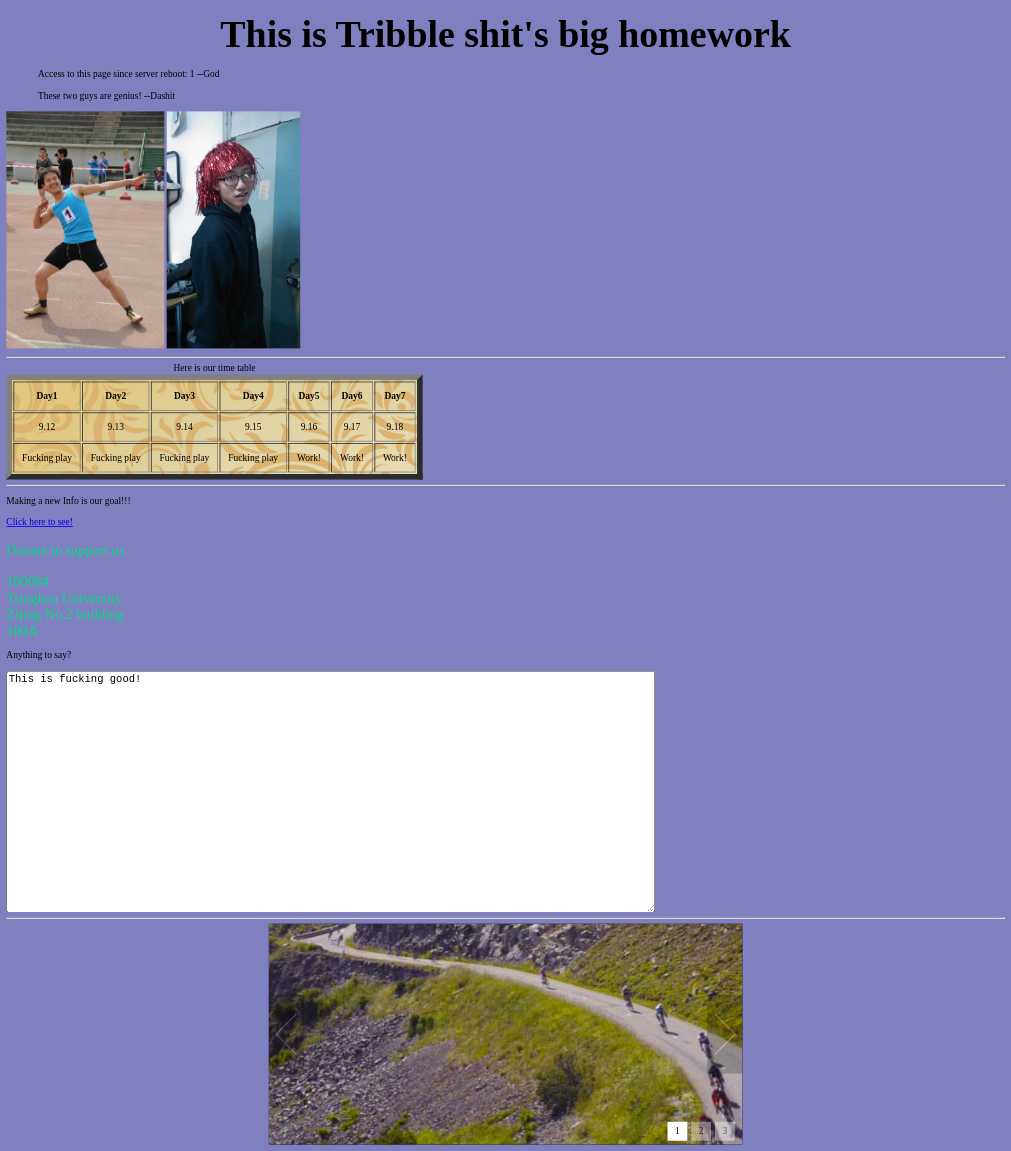
Repository: hbisheng/Academic-portal-website
Page: http://localhost/NewInfo/author.jsp
The author's editor kept a copy of each file at every save. The page is drawn from the files as they stood at one save, then again after a run of saves.
The browser window is 1280 px wide. The pictures show the whole page, at 79% of full size.
The page is served by Tomcat 9. Other server files are loaded and not shown.

Above is the page before, as saved 2014-09-14 09:04:36.

### Java_info/NewInfo/WebContent/author.jsp
<%@ page language="java" contentType="text/html; charset=utf-8"
    pageEncoding="utf-8" import = "java.util.*" %>
<!DOCTYPE html PUBLIC "-//W3C//DTD HTML 4.01 Transitional//EN" "http://www.w3.org/TR/html4/loose.dtd">
<html>
<head><meta http-equiv="Content-Type" content="text/html; charset=utf-8">
<title>This is a learning page</title>

<style>
/* 以下特效CSS */
body {font-size:12px;}
ul,li {list-style:none; margin:0px; padding:0px;}
img {border:0;}
#n{margin:10px auto; width:920px; border:1px solid #CCC;font-size:12px; line-height:30px;}
#n a{ padding:0 4px; color:#333}
.focus {width:600px; height:280px; margin:0 auto; overflow:hidden; position:relative;}
.focus ul {height:380px; position:absolute;}
.focus ul li {float:left; width:600px; height:280px; overflow:hidden; position:relative; background:#000;}
.focus ul li div {position:absolute; overflow:hidden;}
.focus .btnBg {position:absolute; width:600px; height:20px; left:0; bottom:0; background:#000; display:none;}
.focus .btn {position:absolute; width:580px; height:23px; padding:0px 10px 0px 10px; right:0; bottom:6px; text-align:right;}
.focus .btn span {display:inline-block; _display:inline; _zoom:1; width:25px; height:24px; line-height:24px; text-align:center; _font-size:0; margin-left:5px; cursor:pointer; background:#fff;}
.focus .btn span.on {background:#fff;}
.focus .preNext {width:45px; height:100px; position:absolute; top:90px; background:url(img/sprite.png) no-repeat 0 0; cursor:pointer;}
.focus .pre {left:0;}
.focus .next {right:0; background-position:right top;}
</style>

</head>
<script type="text/javascript" src="js/jquery.min.js"></script>
<script type="text/javascript" src="js/sl.js"></script>
<script type="text/javascript">
	$(document).ready(function(){
	  	$.focus("#focus001");
	});
</script>

<body bgcolor= "#8080C0">

<h1 align ="center"><font size = 8 face ="微软雅黑" >This is Tribble shit's big homework</font></h1>

<%! private int count = 0; %>
<blockquote>
<p>Access to this page since server reboot: <%= ++count %> --God</p>
These two guys are genius! --Dashit
</blockquote>
<a href="http://www.baidu.com"><img border= "0" src = "img/Bolt.jpg"  height = "300"></a>
<a href="http://www.sina.com.cn"><img border= "0" src = "img/Double.jpg"  height = "300"></a><br>


<hr><table border="7" cellpadding = "10" background = "img/silk_texture.jpg">
<caption>Here is our time table</caption>
<tr align ="center"><th>Day1</th><th>Day2</th><th>Day3</th><th>Day4</th><th>Day5</th><th>Day6</th><th>Day7</th></tr>
<tr align ="center"><td>9.12</td><td>9.13</td><td>9.14</td><td>9.15</td><td>9.16</td><td>9.17</td><td>9.18</td></tr>
<tr align ="center"><td>Fucking play</td><td>Fucking play</td><td>Fucking play</td><td>Fucking play</td><td>Work!</td><td>Work!</td><td>Work!</td></tr>
</table>

<hr><p>Making a new Info is our goal!!!</p>
<a href="http://info.tsinghua.edu.cn" target="_blank" name = "label">Click here to see!</a>
<font color = "#02DF82" size = 4>
<p>Donate to support us</p>
100084<br>
Tsinghua University<br>
Zijing No.2 building<br>
109A<br>
</font>

<p>Anything to say?</p>
<textarea rows="20" cols="100">This is fucking good!</textarea>


<hr><div class="focus" id="focus001" align="left">
    <ul>
        <li><a href="http://www.divcss5.com/" target="_blank"><img src="img/01.jpg" alt="jquery特效" /></a></li>
        <li><a href="http://www.divcss5.com/" target="_blank"><img src="img/02.jpg" alt="DIVCSS5" /></a></li>
        <li><a href="#" target="_blank"><img src="img/03.jpg" alt="点击左右滚动jquery焦点图特效" /></a></li>
    </ul>
</div>

</body>
</html>

### Java_info/NewInfo/WebContent/js/sl.js
$(function() {
	jQuery.focus = function(slid) {
		var sWidth = $(slid).width(); //获取焦点图的宽度（显示面积）
		var len = $(slid).find("ul li").length; //获取焦点图个数
		var index = 0;
		var picTimer;

		//以下代码添加数字按钮和按钮后的半透明条，还有上一页、下一页两个按钮
		var btn = "<div class='btnBg'></div><div class='btn'>";
		for(var i=0; i < len; i++) {
			var ii = i+1;
			btn += "<span>"+ii+"</span>";
		}
		btn += "</div><div class='preNext pre'></div><div class='preNext next'></div>";
		$(slid).append(btn);
		$(slid).find("div.btnBg").css("opacity",0.5);

		//为小按钮添加鼠标滑入事件，以显示相应的内容
		$(slid+" div.btn span").css("opacity",0.4).mouseenter(function() {
			index = $(slid+" .btn span").index(this);
			showPics(index);
		}).eq(0).trigger("mouseenter");

		//上一页、下一页按钮透明度处理
		$(slid+" .preNext").css("opacity",0.2).hover(function() {
			$(this).stop(true,false).animate({"opacity":"0.5"},300);
		},function() {
			$(this).stop(true,false).animate({"opacity":"0.2"},300);
		});

		//上一页按钮
		$(slid+" .pre").click(function() {
			index -= 1;
			if(index == -1) {index = len - 1;}
			showPics(index);
		});

		//下一页按钮
		$(slid+" .next").click(function() {
			index += 1;
			if(index == len) {index = 0;}
			showPics(index);
		});

		//本例为左右滚动，即所有li元素都是在同一排向左浮动，所以这里需要计算出外围ul元素的宽度
		$(slid+" ul").css("width",sWidth * (len));

		//鼠标滑上焦点图时停止自动播放，滑出时开始自动播放
		$(slid).hover(function() {
			clearInterval(picTimer);
		},function() {
			picTimer = setInterval(function() {
				showPics(index);
				index++;
				if(index == len) {index = 0;}
			},4000); //此4000代表自动播放的间隔，单位：毫秒
		}).trigger("mouseleave");

		//显示图片函数，根据接收的index值显示相应的内容
		function showPics(index) { //普通切换
			var nowLeft = -index*sWidth; //根据index值计算ul元素的left值
			$(slid+" ul").stop(true,false).animate({"left":nowLeft},300); //通过animate()调整ul元素滚动到计算出的position
			$(slid+" .btn span").removeClass("on").eq(index).addClass("on"); //为当前的按钮切换到选中的效果
			$(slid+" .btn span").stop(true,false).animate({"opacity":"0.4"},300).eq(index).stop(true,false).animate({"opacity":"1"},300); //为当前的按钮切换到选中的效果
		}

	};

});

Loaded but not shown: Java_info/NewInfo/WebContent/js/jquery.min.js (library)

After the next 2 saves:
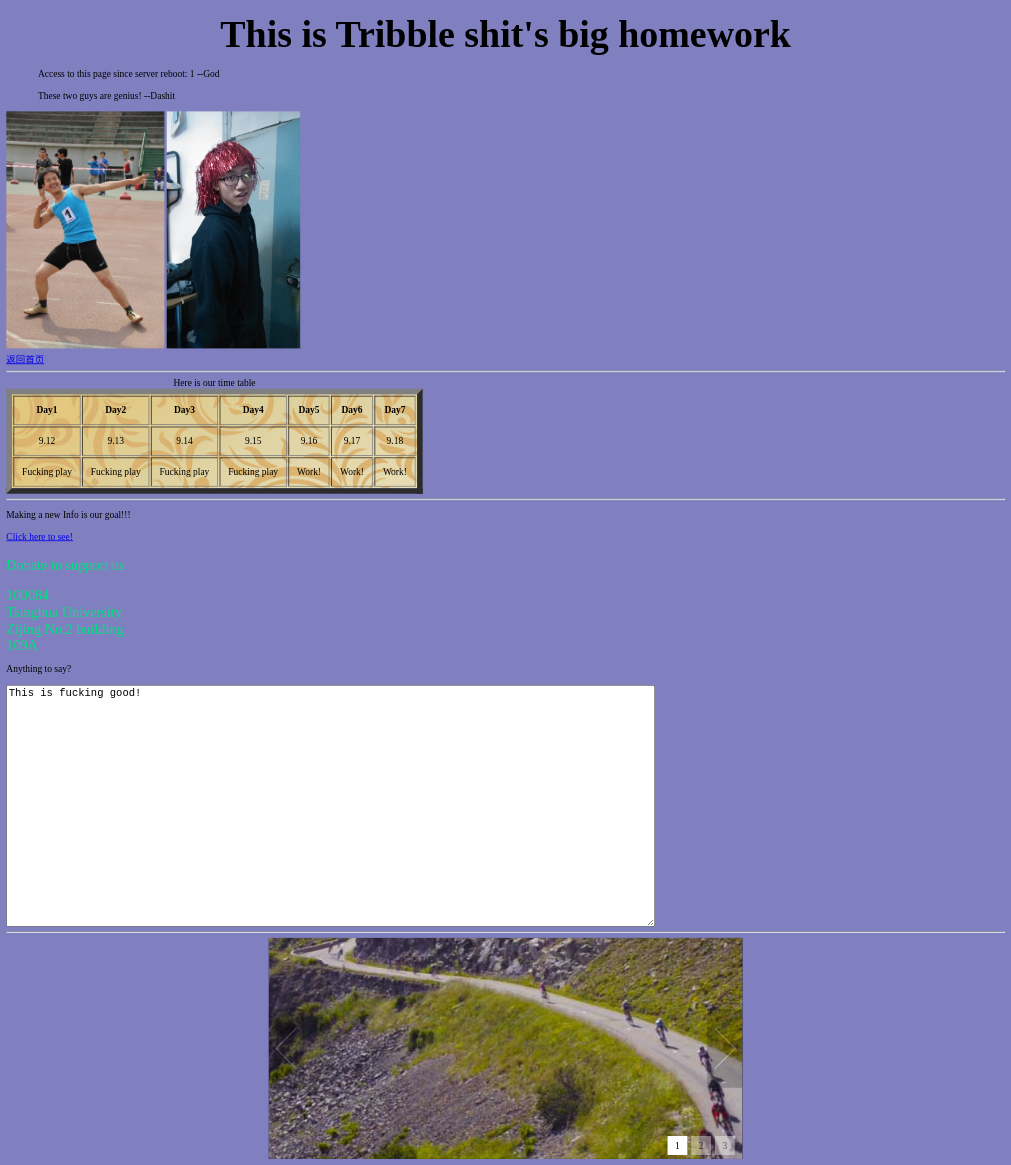
The 2 saves are shown as one change because they came seconds apart.
The last was saved 66 s later.
--- a/Java_info/NewInfo/WebContent/author.jsp
+++ b/Java_info/NewInfo/WebContent/author.jsp
@@ -45,7 +45,7 @@
 </blockquote>
 <a href="http://www.baidu.com"><img border= "0" src = "img/Bolt.jpg"  height = "300"></a>
 <a href="http://www.sina.com.cn"><img border= "0" src = "img/Double.jpg"  height = "300"></a><br>
-
+<a href="home.jsp">返回首页</a>
 
 <hr><table border="7" cellpadding = "10" background = "img/silk_texture.jpg">
 <caption>Here is our time table</caption>

After the save that followed:
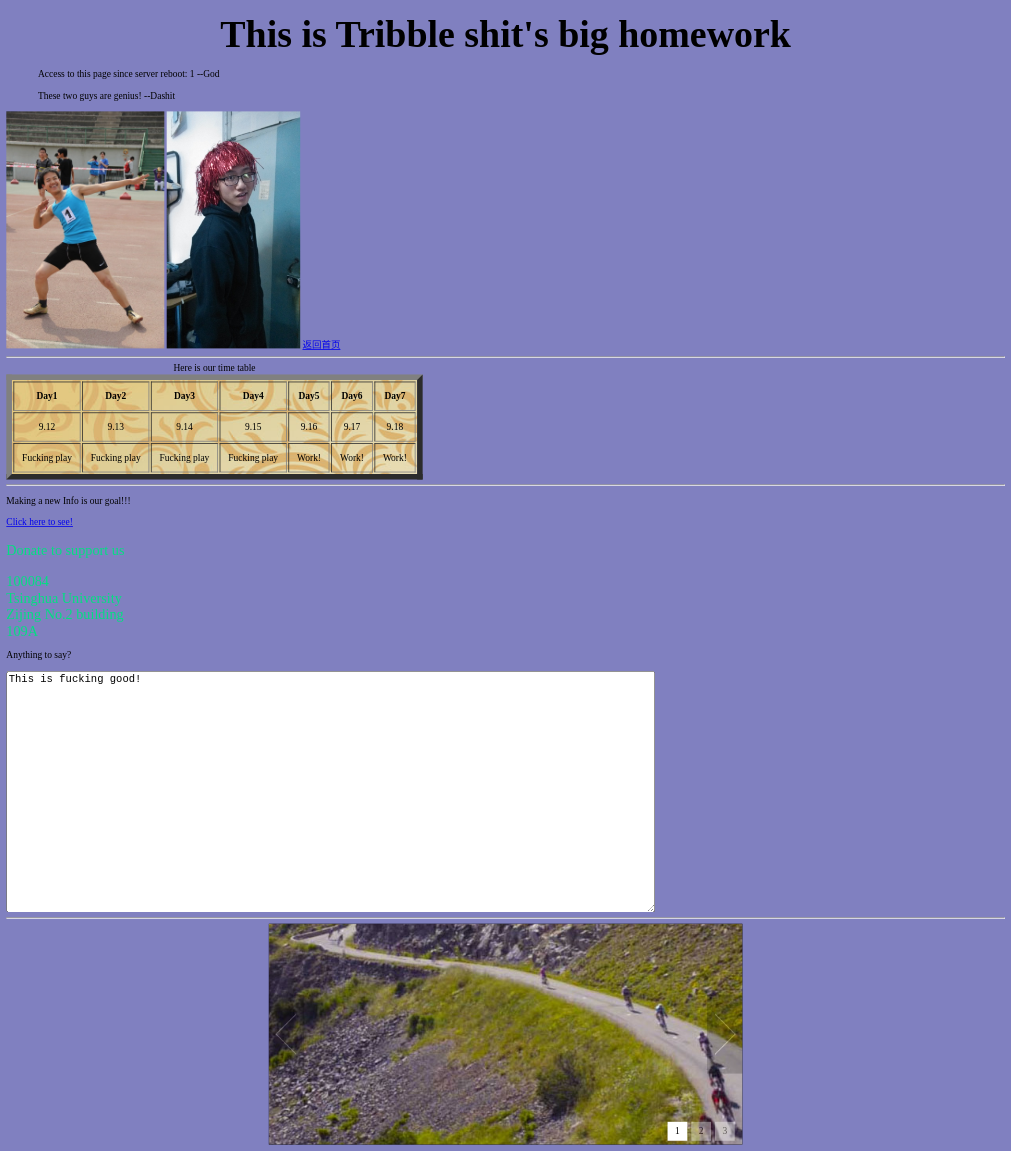
Saved 4 s later.
--- a/Java_info/NewInfo/WebContent/author.jsp
+++ b/Java_info/NewInfo/WebContent/author.jsp
@@ -44,8 +44,8 @@
 These two guys are genius! --Dashit
 </blockquote>
 <a href="http://www.baidu.com"><img border= "0" src = "img/Bolt.jpg"  height = "300"></a>
-<a href="http://www.sina.com.cn"><img border= "0" src = "img/Double.jpg"  height = "300"></a><br>
-<a href="home.jsp">返回首页</a>
+<a href="http://www.sina.com.cn"><img border= "0" src = "img/Double.jpg"  height = "300"></a>
+<a href="home.jsp">返回首页</a><br>
 
 <hr><table border="7" cellpadding = "10" background = "img/silk_texture.jpg">
 <caption>Here is our time table</caption>
